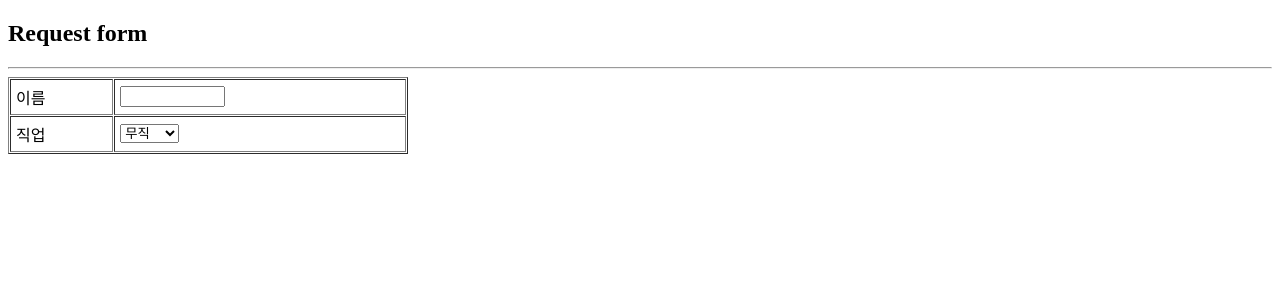
Repository: topblame/Bootcamp
Page: http://localhost/JSP_250408/chapter01/01_Request_form.jsp
The author's editor kept a copy of each file at every save. The page is drawn from the files as they stood at one save, then again after the next save.
The browser window is 1280 px wide. The pictures show the whole page.
The page is served by Tomcat 9.

Above is the page before, as saved 2025-06-24 02:54:59.

After the next save:
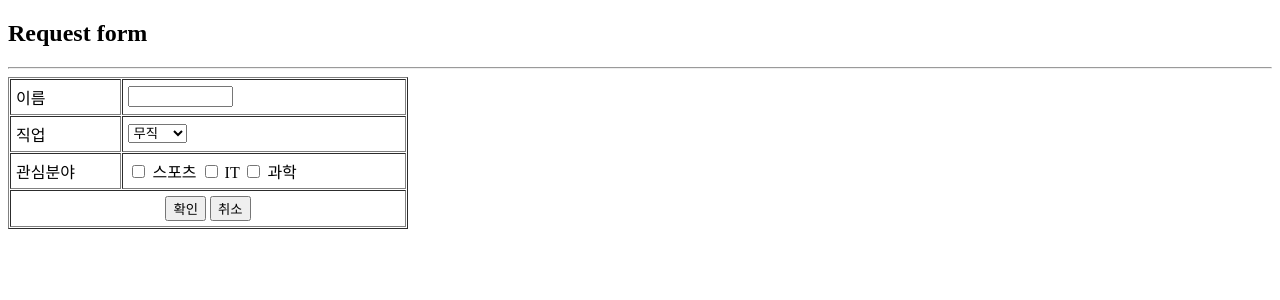
Saved 4 min 7 s later.
--- a/WebMvc/JSP_250408/src/main/webapp/chapter01/01_Request_form.jsp
+++ b/WebMvc/JSP_250408/src/main/webapp/chapter01/01_Request_form.jsp
@@ -20,10 +20,21 @@
 					<td>직업</td>
 					<td><select name="job">
 							<option selected>무직</option>
-							<option >회사원</option>
-							<option >전문직</option>
-							<option >학생</option>
+							<option>회사원</option>
+							<option>전문직</option>
+							<option>학생</option>
 					</select></td>
+				</tr>
+				<tr>
+					<td>관심분야</td>
+					<td><input type="checkbox" name=favorite value="스포츠">
+						스포츠 <input type="checkbox" name=favorite value="IT"> IT <input
+						type="checkbox" name=favorite value="과학"> 과학</td>
+				</tr>
+				<tr>
+					<td colspan="2" align="center" class="button-cell"><input
+						type="submit" value="확인"> <input type="reset" value="취소">
+					</td>
 				</tr>
 			</table>
 		</form>
